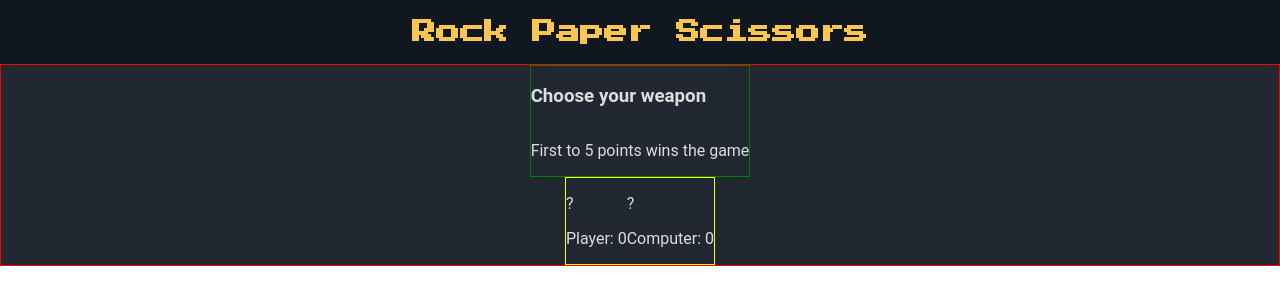
Repository: Aaryan-Poria/Rock-Paper-Scissors
Page: index.html
These files come from the project's save history. The page is drawn as it stood at one moment and after the next save; the edit follows.
The browser window is 1280 px wide. The pictures show the whole page.

Above is the page before, as saved 2023-08-21 23:30:23.

After the next save:
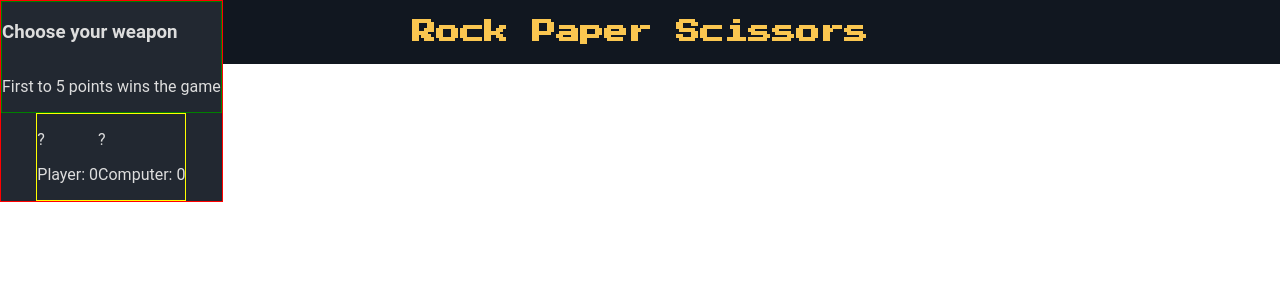
Saved 86 s later.
--- a/style.css
+++ b/style.css
@@ -23,7 +23,7 @@
   font-family: "Roboto", sans-serif;
   align-items: center;
   border: 1px solid red;
-  flex-basis: ;
+  position: absolute;
 }
 .main-text {
   border: 1px solid green;

After the save that followed:
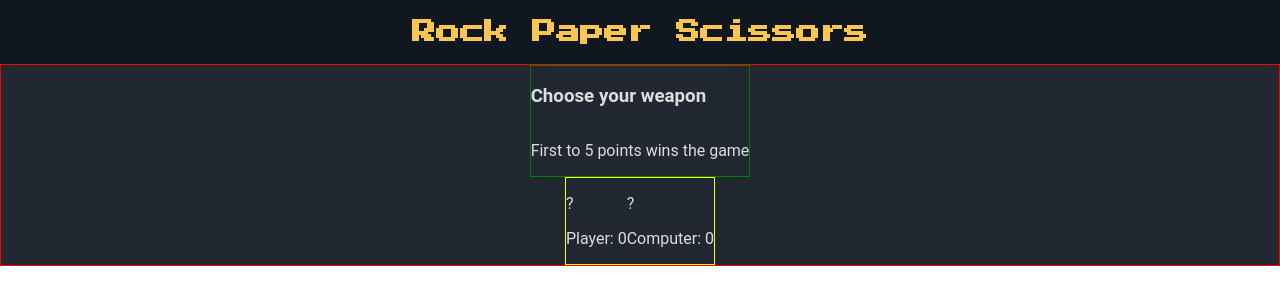
Saved 11 s later.
--- a/style.css
+++ b/style.css
@@ -17,13 +17,11 @@
 .main {
   display: flex;
   flex-direction: column;
-  flex: 1;
   background-color: #222831;
   color: #dddddd;
   font-family: "Roboto", sans-serif;
   align-items: center;
   border: 1px solid red;
-  position: absolute;
 }
 .main-text {
   border: 1px solid green;
